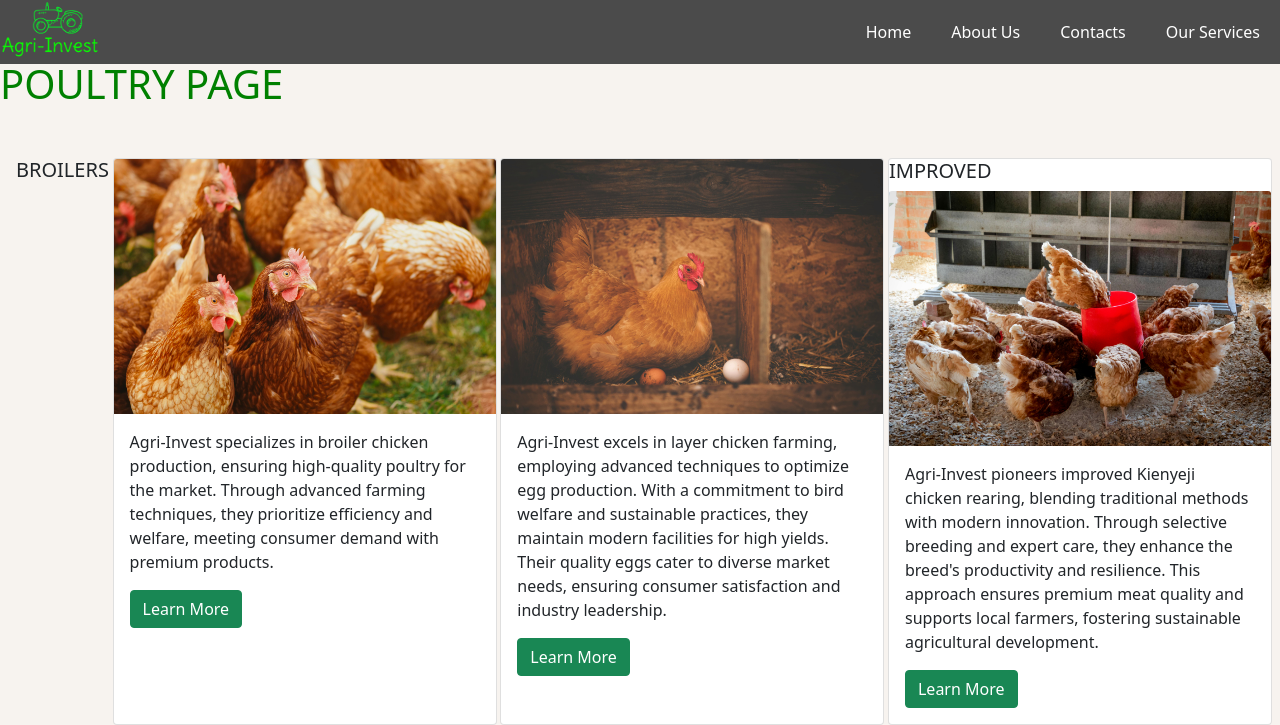
Repository: Allevandrose/Agri-invest
Page: poultry.html
These files come from the project's save history. The page is drawn as it stood at one moment and after the next save; the edit follows.
The browser window is 1280 px wide. The pictures show the whole page.

Above is the page before, as saved 2024-04-13 15:52:53.

### poultry.html
<!DOCTYPE html>
<html lang="en">

<head>
    <meta charset="UTF-8">
    <link href="https://cdn.jsdelivr.net/npm/bootstrap@5.0.2/dist/css/bootstrap.min.css" rel="stylesheet" integrity="sha384-EVSTQN3/azprG1Anm3QDgpJLIm9Nao0Yz1ztcQTwFspd3yD65VohhpuuCOmLASjC" crossorigin="anonymous">
    <meta name="viewport" content="width=device-width, initial-scale=1.0">
    <link rel="stylesheet" href="poultry.css">
    <title>Document</title>
</head>

<body>
    <h1 class="h1">POULTRY PAGE</h1>
    <!-- nav bar -->
    <nav>
        <div class="nav1">
            <img src="poultry images/logo.png" alt="logo" class="logo">
        </div>
        <div class="nav2">
            <div><a href="#">Home</a></div>
            <div><a href="#">About Us</a></div>
            <div><a href="#">Contacts</a></div>
            <div><a href="#">Our Services</a></div>
        </div>
    </nav>

    <div class="card-container d-flex flex-row">
        <h5 class="card-title"> BROILERS</h5>
        <div class="card mr-2" style="width: 24rem;">

            <img src="poultry images/chick1.jpg" class="card-img-top" alt="...">
            <div class="card-body">
                <p class="card-text">Agri-Invest specializes in broiler chicken production, ensuring high-quality poultry for the market. Through advanced farming techniques, they prioritize efficiency and welfare, meeting consumer demand with premium products. </p>
                <a href="#" class="btn btn-success">Learn More</a>
            </div>
        </div>

        <div class="card mr-2" style="width: 24rem;">

            <img src="poultry images/chick2.jpg" class="card-img-top" alt="...">
            <div class="card-body">
                <p class="card-text">Agri-Invest excels in layer chicken farming, employing advanced techniques to optimize egg production. With a commitment to bird welfare and sustainable practices, they maintain modern facilities for high yields. Their quality eggs cater
                    to diverse market needs, ensuring consumer satisfaction and industry leadership.</p>
                <a href="#" class="btn btn-success">Learn More</a>
            </div>
        </div>
        <div class="card mr-2" style="width: 24rem;">
            <h5 class="card-title">IMPROVED</h5>
            <img src="poultry images/chick3.jpg" class="card-img-top" alt="...">
            <div class="card-body">

                <p class="card-text">Agri-Invest pioneers improved Kienyeji chicken rearing, blending traditional methods with modern innovation. Through selective breeding and expert care, they enhance the breed's productivity and resilience. This approach ensures premium
                    meat quality and supports local farmers, fostering sustainable agricultural development.</p>
                <a href="#" class="btn btn-success">Learn More</a>
            </div>
        </div>




        <!-- script tag -->
        <script src="https://cdn.jsdelivr.net/npm/bootstrap@5.0.2/dist/js/bootstrap.bundle.min.js" integrity="sha384-MrcW6ZMFYlzcLA8Nl+NtUVF0sA7MsXsP1UyJoMp4YLEuNSfAP+JcXn/tWtIaxVXM" crossorigin="anonymous"></script>
</body>

</html>

### poultry.css
body {
    background-color: rgb(247, 243, 239);
}

.h1 {
    color: green;
    margin-top: 60px;
}

.card-container {
    display: flex;
    flex-wrap: wrap;
    justify-content: space-between;
    margin-left: 16px;
    margin-right: 8px;
}

nav {
    position: fixed;
    top: 0;
    z-index: 1;
    width: 100%;
    background-color: #4b4b4b;
    display: flex;
    justify-content: space-between;
    flex-wrap: wrap;
}

.logo {
    width: 40%;
}

.nav2 {
    display: flex;
    flex-direction: row;
    justify-content: space-evenly;
    align-items: center;
    flex-wrap: wrap;
}

.nav2 a {
    display: flex;
    color: white;
    align-items: center;
    text-decoration: none;
    padding: 20px;
}

.nav2 a:hover {
    color: rgb(17, 235, 17);
}

.card-container {
    margin-top: 50px;
}

After the next save:
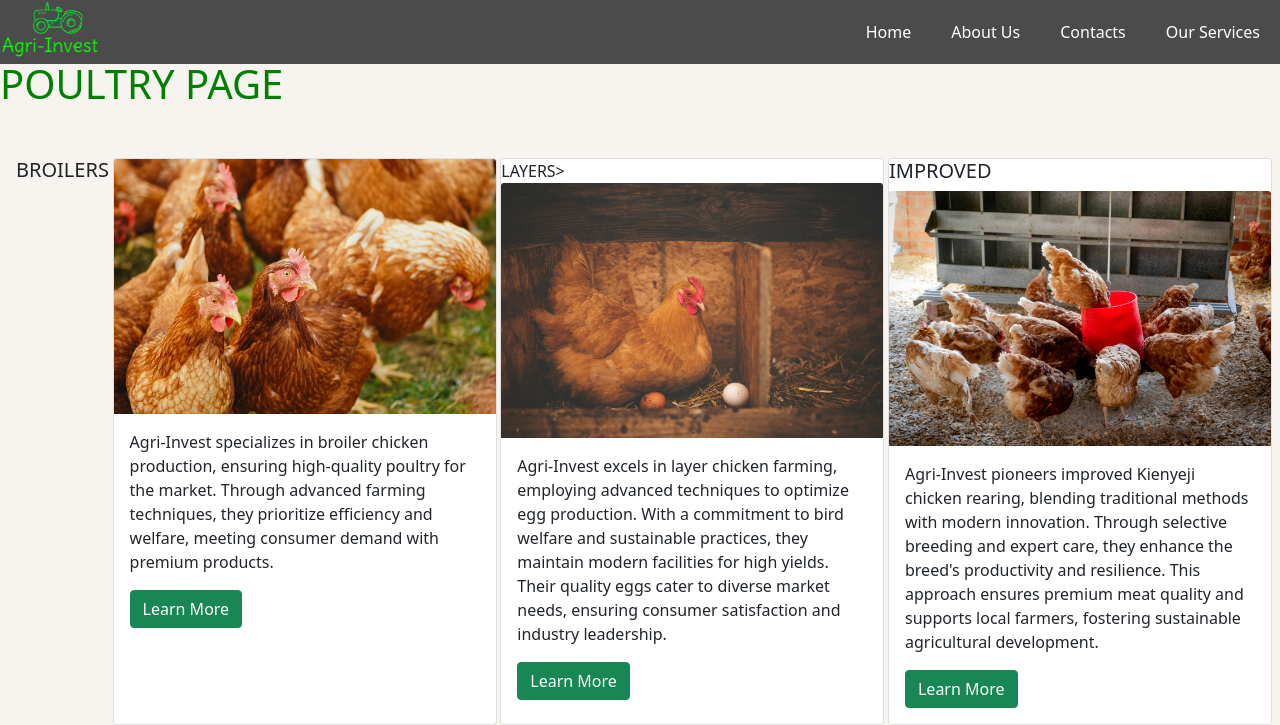
Saved 5 s later.
--- a/poultry.html
+++ b/poultry.html
@@ -35,7 +35,7 @@
             </div>
         </div>
 
-        <div class="card mr-2" style="width: 24rem;">
+        <div class="card mr-2" style="width: 24rem;" <h5 class="card-title">LAYERS</h5>>
 
             <img src="poultry images/chick2.jpg" class="card-img-top" alt="...">
             <div class="card-body">
